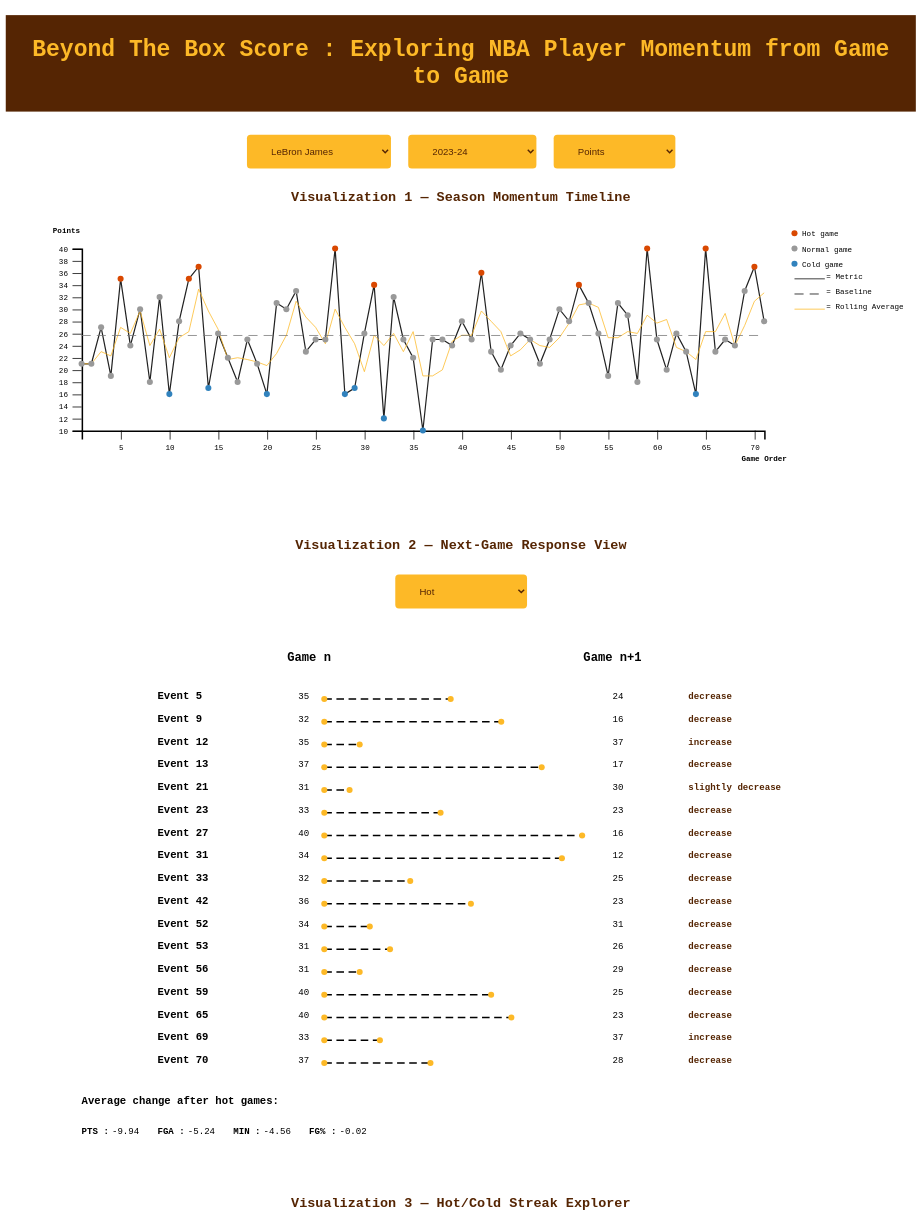
Repository: houdafatih/Data-Viz-Project
Page: index.html
The author's editor kept a copy of each file at every save. The page is drawn from the files as they stood at one save, then again after the next save.
The browser window is 1280 px wide. The pictures show the whole page, at 72% of full size.

Above is the page before, as saved 2026-06-19 10:29:15.

### index.html
<!DOCTYPE html>
<html>
   <head>
    <meta charset="UTF-8"/>
    <title>Beyond The Box Score</title>
    <link rel="stylesheet" href="style.css" >
  </head>
  <body>
     <h1>Beyond The Box Score : Exploring NBA Player Momentum from Game to Game</h1>

     <div class="selection">
        <select id="playerSelect">
            <option selected disabled>Select a Player</option>
        </select>

        <select id="seasonSelect">
            <option selected disabled>Select a Season</option>
        </select>

        <select id="metricSelect">
            <option selected disabled>Select a metric</option>
            <option value="pts">Points</option>
            <option value="fga">FGA</option>
            <option value="min">Minutes</option>
            <option value="fg_pct">FG%</option>
            <option value="plus_minus">Plus/Minus</option>
        </select>
     </div>

     <h3>Visualization 1 — Season Momentum Timeline</h3>
     <div id="vizual1"></div>

     <h3>Visualization 2 — Next-Game Response View</h3>
     <div class="selection">
        <select id="performanceSelect">
            <option selected disabled>Select event type</option>
            <option value="all">All</option>
            <option value="hot">Hot</option>
            <option value="cold">Cold</option>
            <option value="normal">Normal</option>
        </select>
     </div>
     <div id="vizual2"></div>

     <h3>Visualization 3 — Hot/Cold Streak Explorer</h3>
     <!---<div id="vizual3"></div>

     <h3>Visualization 4 — Context Impact View</h3>
     <div id="vizual4"></div> ---->

  </body>
  <script src="https://d3js.org/d3.v7.min.js"></script>
  <script type="module" src="index.js"></script>
</html>

### style.css
body{
    padding: 0px;
}
h1{
  text-align: center;
  font-size: 2rem;
  font-family: "Courier New", Courier, monospace;
  color : #fdb927;
  background-color: #552503;
  padding: 30px;

}
.selection{
    text-align: center;
}
select{
    margin: 10px;
    padding: 15px 30px;
    border-radius: 5px;
    border: none;
    background: #fdb927;
    color:#552503;

}
select option:hover{
    background-color: #fdb927;
}



h3{
    color: #552503;
    font-family: "Courier New", Courier, monospace;
    text-align: center;
}
.tick{
    font-size: 5px;
}
line{
    stroke-width: 0.5px;
}
.label{
    color: #552503;
    font-family: "Courier New", Courier, monospace;
    font-weight: bold;
}

.tooltip{
    position: fixed;
    background: wheat;
    border: 1px solid #ccc;
    padding: 10px;
    font-size: 15px;
    opacity: 0;
    pointer-events: none;

}
text{
    font-family: "Courier New", Courier, monospace;
}
.tooltip2{
    position: fixed;
    background: #fdb927;
    border: 1px solid #ccc;
    padding: 10px;
    font-size: 15px;
    visibility: hidden;
    pointer-events: none;
}
.line2{
    stroke-width: 1px;
}

### index.js
import {playersData,seasonData} from "./scripts/utils.js";
import { drawVisualization1 } from "./scripts/visualization1.js";
import { drawVisualization2 } from "./scripts/visualization2.js";
import { drawVisualization3 } from "./scripts/visualization3.js";

d3.csv("data/nba.csv").then(function(data){

   data.forEach(element => {
        element.player_id = +element.player_id
        element.game_index = +element.game_index
        element.pts = +element.pts
        element.fga = +element.fga
        element.min = +element.min
        element.fg_pct = +element.fg_pct
        element.plus_minus = +element.plus_minus
        element.next_pts = +element.next_pts
        element.next_fga = +element.next_fga
        element.next_min = +element.next_min
        element.next_fg_pct = +element.next_fg_pct
        element.rolling_pts_avg_3 = +element.rolling_pts_avg_3
        element.baseline_pts = +element.baseline_pts
        element.pts_diff_from_baseline = +element.pts_diff_from_baseline
        element.streak_length = +element.streak_length
   });

   playersData(data)
   seasonData(data)

   const nba_data = data

   d3.select("#playerSelect").property("value",nba_data[0].player_name)

   d3.select("#seasonSelect").property("value",nba_data[0].season_year)

   d3.select("#metricSelect").property("value","pts")

   d3.select("#performanceSelect").property("value","hot")
   updateVisualizations(nba_data)


   d3.select("#playerSelect").on("change",() => updateVisualizations(nba_data))
   d3.select("#seasonSelect").on("change",() => updateVisualizations(nba_data))
   d3.select("#metricSelect").on("change",() => updateVisualizations(nba_data))
   d3.select("#performanceSelect").on("change",() => updateVisualizations(nba_data))

})

function updateVisualizations(nba_data){
    const player = d3.select("#playerSelect").property("value")
    const season = d3.select("#seasonSelect").property("value")
    const metric = d3.select("#metricSelect").property("value")
    const eventT = d3.select("#performanceSelect").property("value")

    if(player === "Select a Player" || season === "Select a Season" || metric === "Select a metric"){
        return
    }

    let data_filter = nba_data.filter(d => d.player_name === player && d.season_year == season)
    drawVisualization1(data_filter,"#vizual1",metric)

    if(eventT === "Select event type"){
        return
    }
    drawVisualization2(data_filter,"#vizual2",metric,eventT)

}

### scripts/utils.js
export function playersData(data){
    const players_list = [...new Set(data.map(dt => dt.player_name))]

    d3.select("#playerSelect").selectAll(".players-options").data(players_list)
    .enter().append("option").attr("class","players-options").attr("value",dt=>dt).text(dt => dt)
}

export function seasonData(data){
    const seasons_list = [...new Set(data.map(dt => dt.season_year))]
    d3.select("#seasonSelect").selectAll(".seasons-options").data(seasons_list)
    .enter().append("option").attr("class","seasons-options").attr("value",dt=>dt).text(dt => dt)
}

### scripts/visualization1.js
export function drawVisualization1(data,id,metric){
     if(data.length === 0) {
        clearCanvas(id)
        return
    }
     const canvas = createCanvas()

     clearCanvas(id)

     const svg = addSvg(id,canvas)
     const sc = addScales(data,canvas,metric)

     addAxes(svg,sc,canvas)
     addMetricLine(svg,sc,data,metric)
     addAverageLine(svg,sc,data,metric)
     addBaselineLine(svg,sc,data,metric)
     addPoints(svg,sc,data,metric)
     addLabels(svg,canvas,metric)

     addLegends(svg,canvas)
}

function createCanvas(){
    return{
        width : 600, height: 200, margin:{top: 20,right:100, bottom:60, left:50}
    }
}

function clearCanvas(id){
    d3.select(id).html("")
}

function addSvg(id,canvas){
    return d3.select(id).append("svg").attr("viewBox",`0 0 ${canvas.width} ${canvas.height}`)
}

function addScales(data,canvas,metric){
    const xScale =
    d3.scaleLinear().domain(d3.extent(data,dt => dt.game_index))
    .range([canvas.margin.left,canvas.width - canvas.margin.right])

    const yScale =
      d3.scaleLinear().domain([d3.min(data,d => d[metric]),d3.max(data,d => d[metric])])
      .nice().range([canvas.height - canvas.margin.bottom,canvas.margin.top])

    return {xScale,yScale}
}

function addAxes(svg, scales, canvas){
    svg.append("g").attr("transform",`translate(0, ${canvas.height - canvas.margin.bottom})`)
    .call(d3.axisBottom(scales.xScale))

    svg.append("g").attr("transform",`translate(${canvas.margin.left},0)`)
    .call(d3.axisLeft(scales.yScale))
}

function addMetricLine(svg,scales,data,metric){
    let line = d3.line().x(d => scales.xScale(d.game_index)).y(d => scales.yScale(d[metric]))

    svg.append("path").datum(data).attr("fill","none").attr("stroke","#222")
     .attr("stroke-width",0.8).attr("d",line)
}

function addAverageLine(svg,scales,data,metric){
    if(metric != "pts") return
    let avg_line = d3.line().x(d => scales.xScale(d.game_index)).y(d => scales.yScale(d.rolling_pts_avg_3))

    svg.append("path").datum(data).attr("fill","none").attr("stroke","#fdb927")
     .attr("stroke-width",0.5).attr("d",avg_line)
}

function addBaselineLine(svg,scales,data,metric){

    let base_line = d3.mean(data,d => d[metric])


    svg.append("line")
    .attr("x1",scales.xScale(d3.min(data,dt => dt.game_index))).attr("x2",scales.xScale(d3.max(data,dt => dt.game_index)))
    .attr("y1",scales.yScale(base_line)).attr("y2",scales.yScale(base_line))
    .attr("stroke","#777").attr("stroke-dasharray","6 4")
}

function addPoints(svg,scales,data,metric){
    const tooltip = toolTip()

    svg.selectAll("circle").data(data).enter()
     .append("circle").attr("class","game-pt")
     .attr("cx", d => scales.xScale(d.game_index))
     .attr("cy",d => scales.yScale(d[metric]))
     .attr("r",2).attr("fill",d => colorPoint(d.performance_label))
     .on("mouseover",function(event,d){
        d3.select(this).attr("r",3)
        tooltip.style("opacity",1).html(tooltipInformations(d))
     })
     .on("mousemove",function(event){
        tooltip.style("left",event.clientX+15+"px")
          .style("top",event.clientY-20+"px")
     })
     .on("mouseout",function(){
        d3.select(this)
        .attr("r",2)
        tooltip.style("opacity",0)
     })
     //.on("click",function(event,d){
       // highlightGameandNextGame(svg,data,d)
    // })



}

function colorPoint(perf){
    if(perf === "hot") return "#d94801"
    if(perf === "cold") return "#3182bd"
    return "#999"
}

function addLabels(svg,canvas,metric){
    svg.append("text").attr("class","label")
    .attr("x",canvas.width - 100).attr("y",canvas.height-40)
    .attr("text-anchor","middle").attr("font-size","5px")
    .text("Game Order")

    svg.append("text").attr("class","label")
    .attr("x",40).attr("y",10)
    .attr("text-anchor","middle").attr("font-size","5px")
    .text(metricName(metric))
}

function metricName(metric){
    if(metric === "pts") return "Points"
    if(metric === "fga") return "Field Goal Attempts"
    if(metric === "min") return "Minutes"
    if(metric === "fg_pct") return "Field Goal Percentage"
    if(metric === "plus_minus") return "Plus / Minus"
}

function addLegends(svg,canvas){
    const lg = svg.append("g").attr("transform",
        `translate(${canvas.width - canvas.margin.right+20},${canvas.margin.top-10})`)


    lg.append("circle").attr("cx",0).attr("cy",0).attr("r",2).attr("fill","#d94801")
    lg.append("text").attr("x",5).attr("y",2).text("Hot game").attr("font-size","5px")

    lg.append("circle").attr("cx",0).attr("cy",10).attr("r",2).attr("fill","#999")
    lg.append("text").attr("x",5).attr("y",12).text("Normal game").attr("font-size","5px")

    lg.append("circle").attr("cx",0).attr("cy",20).attr("r",2).attr("fill","#3182bd")
    lg.append("text").attr("x",5).attr("y",22).text("Cold game").attr("font-size","5px")


    lg.append("line").attr("x1",0).attr("x2",20).attr("y1",30).attr("y2",30)
    .attr("stroke","black").attr("stroke-width",2)
    lg.append("text").attr("x",21).attr("y",30).text(" = Metric").attr("font-size","5px")

    lg.append("line").attr("x1",0).attr("x2",20).attr("y1",40).attr("y2",40)
    .attr("stroke","black").attr("stroke-dasharray","6 4")
    lg.append("text").attr("x",21).attr("y",40).text(" = Baseline").attr("font-size","5px")

    lg.append("line").attr("x1",0).attr("x2",20).attr("y1",50).attr("y2",50)
    .attr("stroke-width",2).attr("stroke","#fdb927")
    lg.append("text").attr("x",21).attr("y",50).text(" = Rolling Average").attr("font-size","5px")
}

function toolTip(){
    let tooltip = d3.select("body").select(".tooltip")
    if(tooltip.empty()){
        tooltip = d3.select("body").append("div").attr("class","tooltip")
    }

    return tooltip
}

function tooltipInformations(data){
    return `<strong> Game ${data.game_index} </strong><br>
            Date : ${data.game_date}<br>
            Home/Away : ${data.home_away}<br>
            Points : ${data.pts}<br>
            Minutes : ${data.min}<br>
            FGA : ${data.fga}<br>
            Next Game Points : ${data.next_pts}<br>`
}

function highlightGameandNextGame(svg,data,selected){
    const nextG = data.find(d => d.game_index === selected.game_index + 1)

    svg.selectAll(".game-point").attr("r",8).attr("stroke","none").attr("opacity",0.4)

    svg.selectAll(".game-point").filter(d => d.game_index === selected.game_index)
    .attr("stroke","black").attr("stroke-width",3).attr("r",5).attr("opacity",1)

    if(nextG){
        svg.selectAll(".game-point").filter(d => d.game_index === nextG.game_index)
       .attr("stroke","#3182bd").attr("stroke-width",3).attr("r",8).attr("opacity",1)
    }
}

### scripts/visualization2.js
export function drawVisualization2(data,id,metric,eventT){
    if(data.length === 0) {
        clearCanvas(id)
        return
    }


     let new_data = createData(data,metric)

     if(eventT !== "all"){
        new_data = new_data.filter(d => performance_filter(d.current_g,data,metric) === eventT)
     }

     const canvas = createCanvas(new_data)

     clearCanvas(id)

     const svg = addSvg(id,canvas)

     draw_Header(svg,200,400)
     draw_Rows(svg,new_data,200,400,canvas.margin,15)
     addSummaryCard(svg,new_data,eventT,canvas)

}
function createCanvas(new_data){
    return{
        width : 600, height: 100 + new_data.length *16 , margin:{top: 20,right:100, bottom:60, left:50}
    }
}

function clearCanvas(id){
    d3.select(id).html("")
}

function addSvg(id,canvas){
    return d3.select(id).append("svg").attr("viewBox",`0 0 ${canvas.width} ${canvas.height}`)
}

function createData(data,metric){
   const new_data = data.slice().sort((a,b) => a.game_index - b.game_index)

   return new_data.slice(0,-1).map((d,j) => {
      const nextG = new_data[j+1]

      return {
        eventN: j+1,
        game_idx : d.game_index,
        nextg_index : nextG.game_index,
        current_v: d[metric],
        next_v : nextG[metric],
        difference : nextG[metric] - d[metric],
        current_g : d,
        next_g : nextG
      }
   })
}

function draw_Header(svg,left,right){
    svg.append("text").attr("x",left).attr("y",30)
    .attr("text-anchor","middle").attr("font-weight","bold").attr("font-size","8px").text("Game n")

    svg.append("text").attr("x",right).attr("y",30)
    .attr("text-anchor","middle").attr("font-weight","bold").attr("font-size","8px").text("Game n+1")

}

function draw_Rows(svg,new_data,left,right,margin,r_height){
    const tooltip = toolTip2(new_data)

    const rows = svg.selectAll(".response-row").data(new_data).enter()
     .append("g").attr("class","response-row")
     .attr("transform",(d,j) => `translate(0,${margin.top+j*r_height})`)

    rows.append("text").attr("x",100).attr("y",35).text(d =>`Event ${d.eventN}` )
     .attr("font-size","7px").attr("font-weight","bold")
    rows.append("text").attr("x",left).attr("y",35).attr("text-anchor","end").text(d => d.current_v).attr("font-size","6px")

    const line_scale = d3.scaleLinear().domain([0,d3.max(new_data, d => Math.abs(d.difference))]).range([20,180])

    rows.append("line").attr("x1",left+10).attr("class","line2")
    .attr("x2",d => { const l= line_scale(Math.abs(d.difference))
        return left+l

    })
    .attr("y1",35).attr("y2",35).attr("stroke","black").attr("stroke-dasharray","5 3")
    .on("mouseover",function(event,d){
        tooltip.style("visibility","visible").html(tooltipInformations2(d))
     })
     .on("mousemove",function(event){
        tooltip.style("left",event.clientX+15+"px")
          .style("top",event.clientY-20+"px")
     })
     .on("mouseout",function(){
        tooltip.style("visibility","hidden")
     })

    rows.append("circle").attr("cx",left+10).attr("cy",35).attr("r",2).attr("fill","#fdb927")
    rows.append("circle").attr("cx",d => { const l= line_scale(Math.abs(d.difference))
        return left+l

    }).attr("cy",35).attr("r",2).attr("fill","#fdb927")

    rows.append("text").attr("x",right).attr("y",35).text(d => d.next_v).attr("font-size","6px")

    rows.append("text").attr("x",right+50).attr("y",35).text(d => difference_label(d.difference))
    .attr("font-size","6px").attr("fill","#552503").attr("font-weight","bold")

}

function difference_label(diff){
    if(diff > 1) return "increase"
    if(diff < -1) return "decrease"
    if(diff < 0) return "slightly decrease"
    if(diff > 0) return "slightly increase"
    return "stable"
}

function performance_filter(d,data,metric){
   const bLine = d3.mean(data,dt => dt[metric])
   const th = Math.abs(bLine) * 0.2
   const dv = d[metric] - bLine

   if(dv > th) return "hot"
   if(dv < -th) return "cold"
   return "normal"
}

function addSummaryCard(svg,new_data,eventT,canvas){

    svg.append("text").attr("x",50).attr("y",canvas.height-50)
    .attr("font-weight","bold").text(`Average change after ${eventT} games:`).attr("font-size","7px")

    const metrics_change = new_data.map(d => {
        const pts = d.current_g["next_pts"] - d.current_g["pts"]
        const fga = d.current_g["next_fga"] - d.current_g["fga"]
        const min = d.current_g["next_min"] - d.current_g["min"]
        const fg_pct = d.current_g["next_fg_pct"] - d.current_g["fg_pct"]

        return {"pts":pts,"fga":fga,"min":min,"fg_pct":fg_pct}
    })

    const means = [
        {"avg":d3.mean(metrics_change,d => d.pts),"name":"PTS"},
        {"avg":d3.mean(metrics_change,d => d.fga),"name":"FGA"},
        {"avg":d3.mean(metrics_change,d => d.min),"name":"MIN"},
        {"avg":d3.mean(metrics_change,d => d.fg_pct),"name":"FG%"}
    ]

    means.forEach((element,i) => {
        let position = canvas.margin.left+i*50
        svg.append("text").attr("x",position).attr("y",canvas.height-30)
        .attr("font-size","6px").attr("font-weight","bold")
        .text(`${element.name} : `)
        svg.append("text").attr("x",position+20).attr("y",canvas.height-30)
        .attr("font-size","6px")
        .text(`${element.avg.toFixed(2)}`)

    });

}

function toolTip2(){
    let tooltip = d3.select("body").select(".tooltip2")
    if(tooltip.empty()){
        tooltip = d3.select("body").append("div").attr("class","tooltip2")
    }

    return tooltip
}

function tooltipInformations2(data){
    console.log(data)
    return `<strong> Game n - Date: ${data.current_g["game_date"]} </strong><br>
            <strong> Game n - Opponent: ${data.current_g["opponent"]} </strong><br>
            <strong> Game n - Points: ${data.current_g["pts"]} </strong><br>
            <strong> Game n+1 - Date: ${data.next_g["game_date"]} </strong><br>
            <strong> Game n+1 - Opponent: ${data.next_g["opponent"]} </strong><br>
            <strong> Game n+1 - Points: ${data.next_g["pts"]} </strong><br>
    `
}

### scripts/visualization3.js
export function drawVisualization3(data,id,metric){
     if(data.length === 0) {
        clearCanvas(id)
        return
    }
     const canvas = createCanvas()

     clearCanvas(id)

     const svg = addSvg(id,canvas)
}

function createCanvas(){
    return{
        width : 600, height: 200, margin:{top: 20,right:100, bottom:60, left:50}
    }
}

function clearCanvas(id){
    d3.select(id).html("")
}

function addSvg(id,canvas){
    return d3.select(id).append("svg").attr("viewBox",`0 0 ${canvas.width} ${canvas.height}`)
}

After the next save:
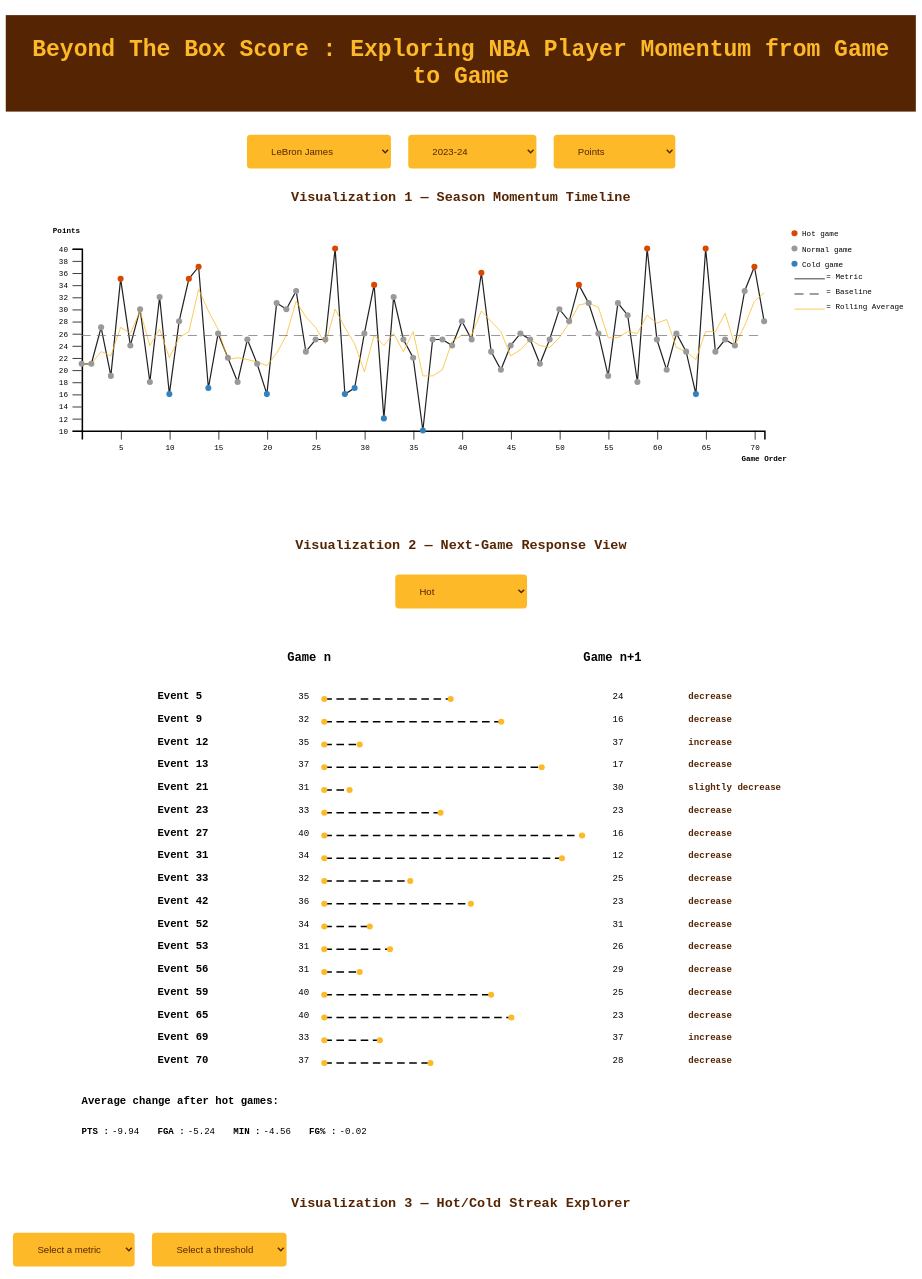
Saved 13 min 37 s later.
--- a/index.html
+++ b/index.html
@@ -43,9 +43,24 @@
      <div id="vizual2"></div>
 
      <h3>Visualization 3 — Hot/Cold Streak Explorer</h3>
-     <!---<div id="vizual3"></div>
+     <select id="metricSelectV3">
+            <option selected disabled>Select a metric</option>
+            <option value="pts">Points</option>
+            <option value="fga">FGA</option>
+            <option value="min">Minutes</option>
+            <option value="fg_pct">FG%</option>
+            <option value="plus_minus">Plus/Minus</option>
+     </select>
+     <select id="thresholdSelect">
+            <option selected disabled>Select a threshold</option>
+            <option value="loose">Loose</option>
+            <option value="medium">Medium</option>
+            <option value="strict">Strict</option>
+     </select>
+     <div id="vizual3"></div>
 
-     <h3>Visualization 4 — Context Impact View</h3>
+     <!-----<h3>Visualization 4 — Context Impact View</h3>
+
      <div id="vizual4"></div> ---->
 
   </body>
